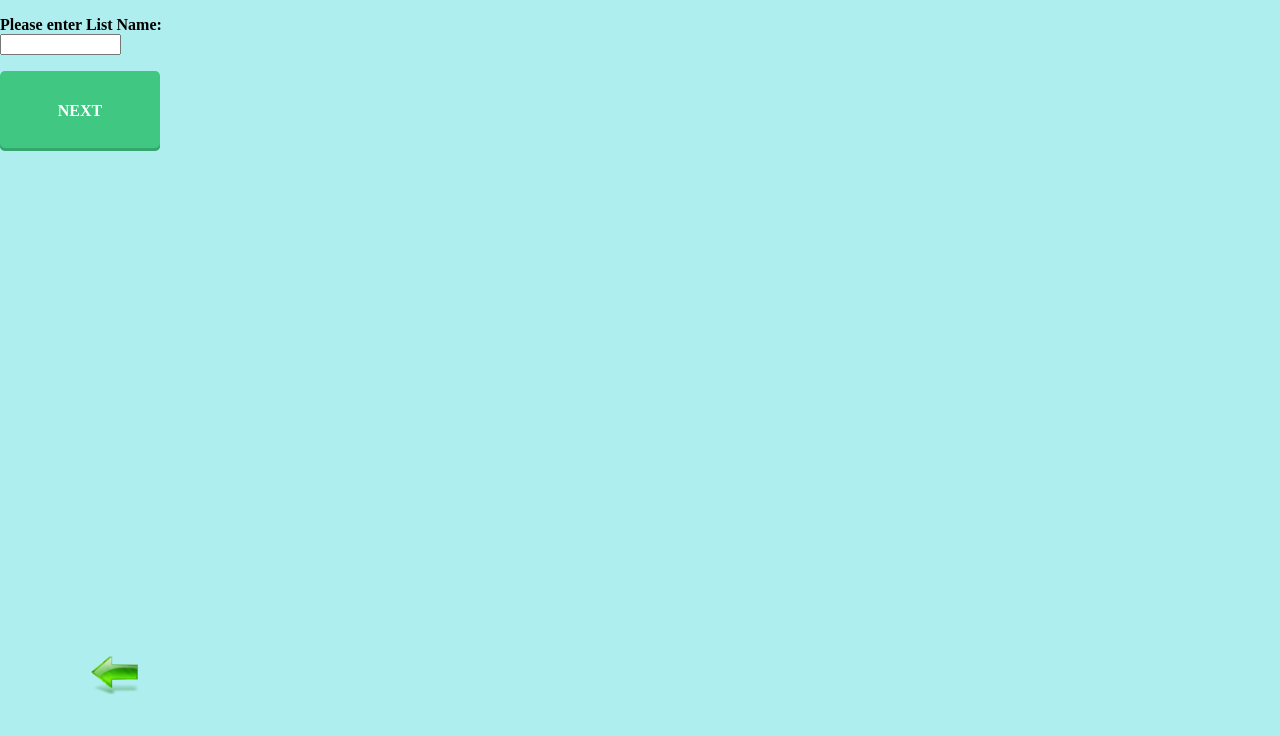
Repository: Artem-Brunov/msu_prac
Page: workspace/BasicUI/NewWithoutTr.html
The author's editor kept a copy of each file at every save. The page is drawn from the files as they stood at one save, then again after the next save.
The browser window is 1280 px wide. The pictures show the whole page.

Above is the page before, as saved 2017-12-26 19:01:15.

### workspace/BasicUI/NewWithoutTr.html
<!DOCTYPE html>
<html>
<head>
  <meta charset="utf-8" />
    <meta name="viewport" content="width=device-width, initial-scale=1.0, maximum-scale=1.0">
    <meta name="description" content="Tizen Mobile Web Basic Template" />

    <title>Tizen Mobile Web Basic Application</title>
    <link rel="stylesheet" type="text/css" href="css/NewPlaylist.css" />
    <link rel="stylesheet" type="text/css" href="css/style.css" />
</head>
<body>
	<form name="test">
  		<p><b>Please enter List Name:</b><br>
   			<input type="text" size="12">
  		</p>


 	</form>

	<div class = "Addo">
		<a href = "" class = "first_button">NEXT</a>
	</div>
	<div class = "BBack">
			<a href = "NewSettings.html"><img src="images/Back.png" width="50"
  height="50" alt="One step back"></a>
	</div>
</body>
</html>

### workspace/BasicUI/css/NewPlaylist.css
.Return {
	position: absolute;
  	top: 24%;
  	left:50%;

}
.Add {
	position: absolute;
  	top: 15%;
  	left: 25%;
}
.BBack{
	position: absolute;
  	top: 90%;
  	left: 7%;
}
.Settings{
	position: absolute;
	left: 18%;
	top: 10%;
 	color: Gray;
}
.take_1{
	position: absolute;
	left: 6%;
	top: 3%;
}
.take_2{
	position: absolute;
	right: 6%;
	top: 3%;
}
.FP{
	position: absolute;
	left: 27.7%;
	top: 60%;
}
.FP_2{
	position: absolute;
	right: 27.7%;
	top: 75%;
}

### workspace/BasicUI/css/style.css
html,
body {
    width: 100%;
    height: 100%;
    margin: 0 auto;
    padding: 0;
    background: PaleTurquoise;
 }
 .titl{

 	position: absolute;
 	left: 25.5%;
 	top: 10%;
 	color: Gray;
 }
 a.first_button {

	display: block;
	width: 160px;
	height: 80px;
  	line-height: 5em;
	border-radius: 5px;
 	background: rgb(64,199,129);
	box-shadow: 0 -3px rgb(53,167,110) inset;
	font-weight: 900;
  	color: white;
  	text-align: center;
  	text-decoration: none;
  	transition: 0.2s;
}
a.first_button:hover { background: rgb(53, 167, 110); }
a.first_button:active {
  background: rgb(33,147,90);
  box-shadow: 0 3px rgb(33,147,90) inset;
}
.New {
	position: absolute;
  	top: 47%;
  	left: 27.7%;

}
.Select {
	position: absolute;
  	top: 64%;
  	left: 27.7%;

}
.FastPlay {
	position: absolute;
  	top: 30%;
  	left: 27.7%;

}

After the next save:
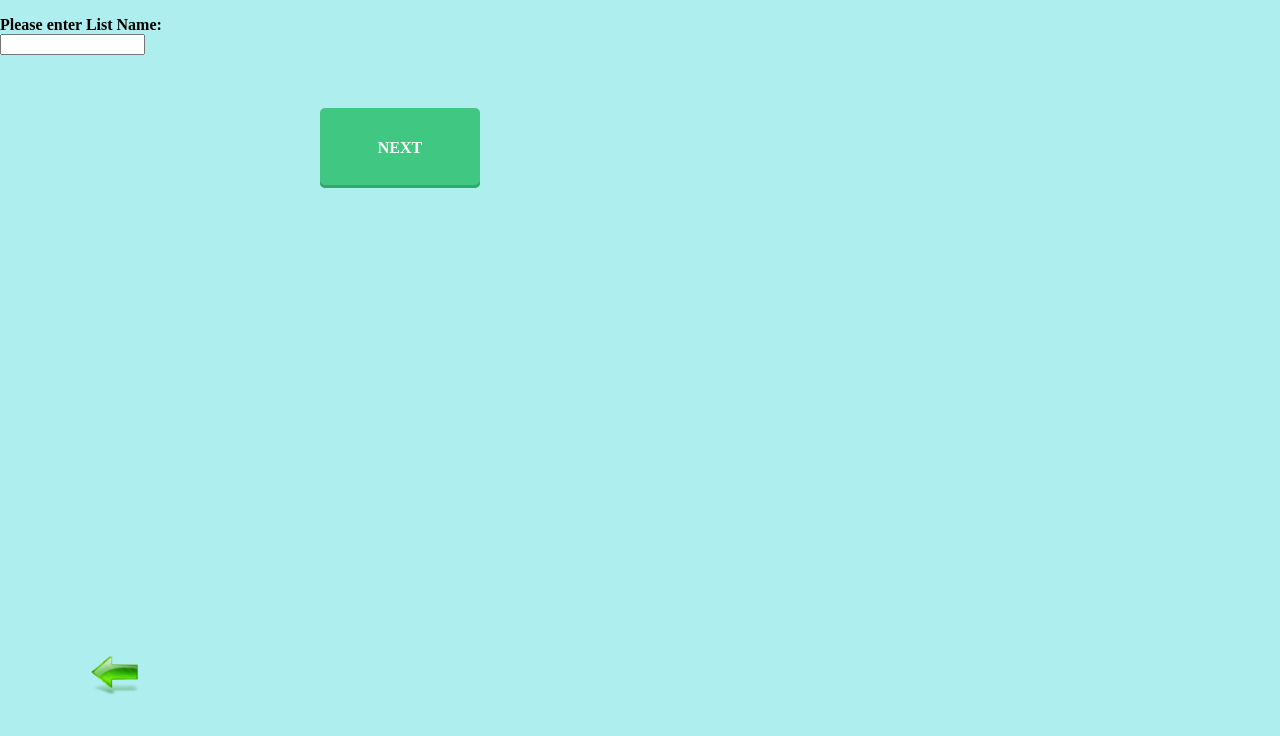
Saved 5 s later.
--- a/workspace/BasicUI/NewWithoutTr.html
+++ b/workspace/BasicUI/NewWithoutTr.html
@@ -12,13 +12,13 @@
 <body>
 	<form name="test">
   		<p><b>Please enter List Name:</b><br>
-   			<input type="text" size="12">
+   			<input type="text" size="15">
   		</p>
 
 
  	</form>
 
-	<div class = "Addo">
+	<div class = "Add">
 		<a href = "" class = "first_button">NEXT</a>
 	</div>
 	<div class = "BBack">
